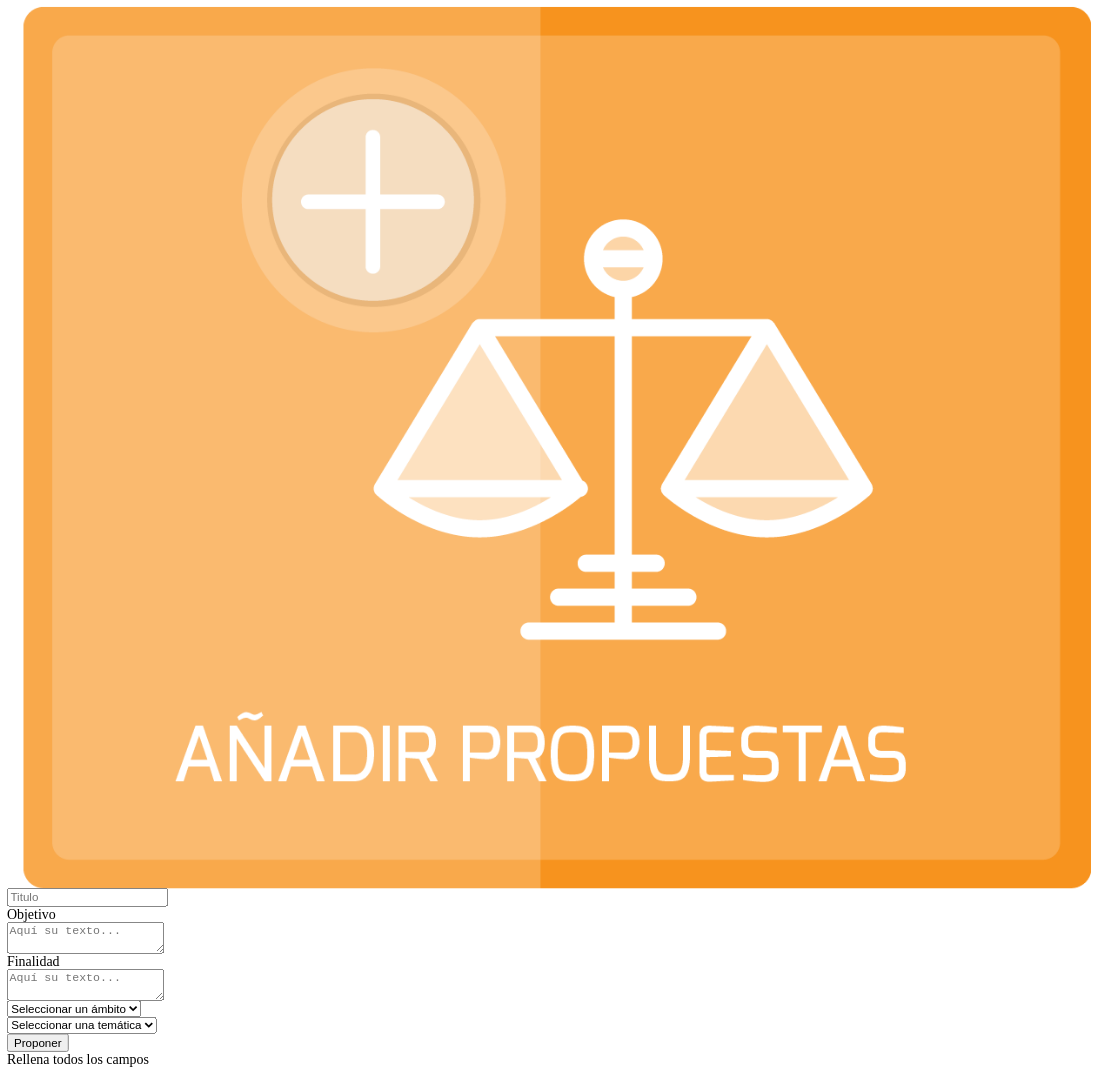
Repository: gamesrol/smartLament
Page: Cliente/partials/addPropuesta.html
The author's editor kept a record of every edit. The page is drawn from the files as they stood at one moment, then again after the next edit.
The browser window is 1280 px wide. The pictures show the whole page, at 87% of full size.

Above is the page before.

After the next edit:
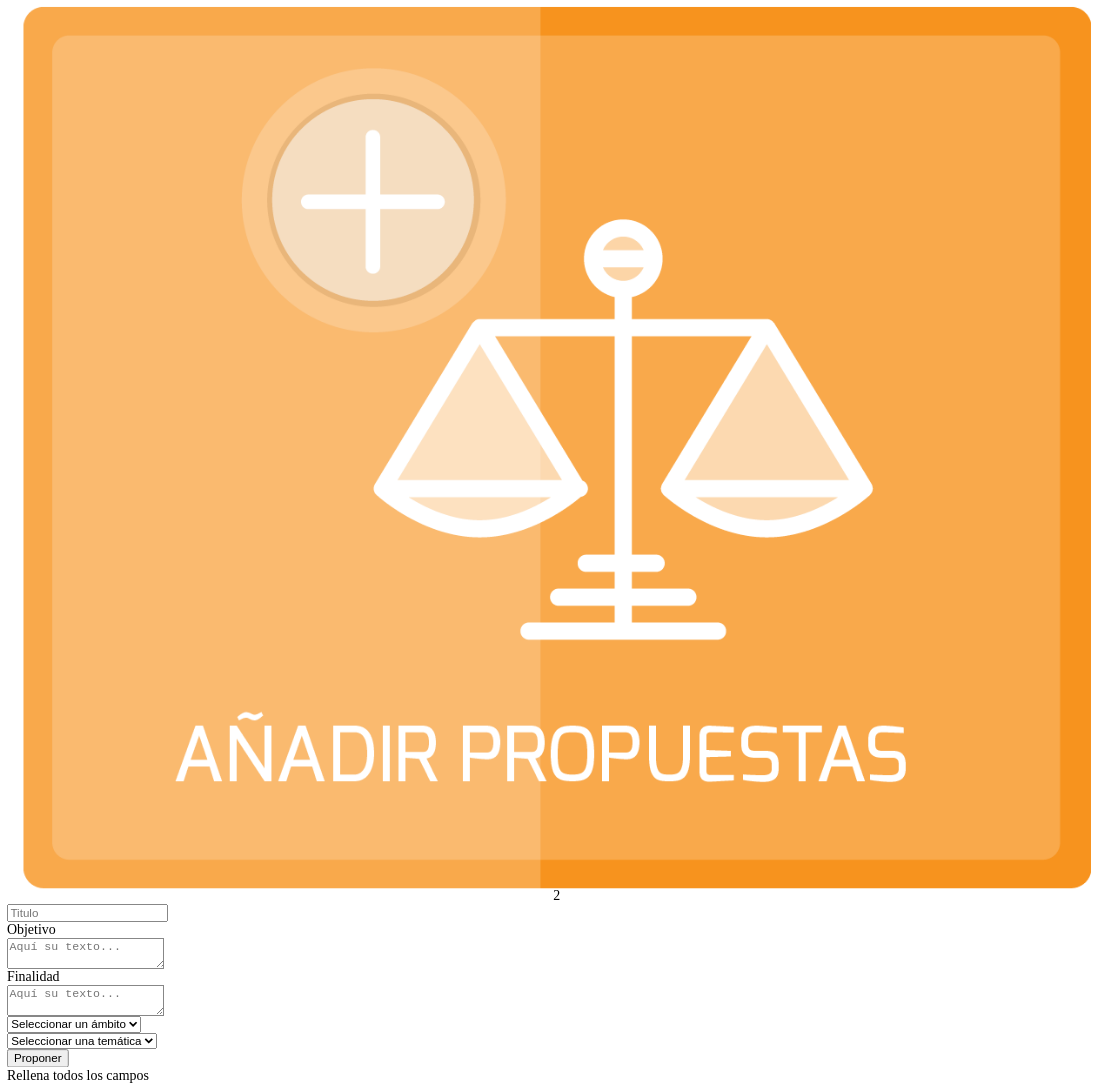
The edit:
--- a/Cliente/partials/addPropuesta.html
+++ b/Cliente/partials/addPropuesta.html
@@ -1,7 +1,7 @@
 <div class="row">
 	<div class="col-lg-12">
 	    <center><a href="#/propuestas"><img class="iconsSocial" src="/img/addpropuesta.png" /></a></center>
-	    <center><span class="glyphicon glyphicon-plus" aria-hidden="true"></span></center>
+	    <center>2<span class="glyphicon glyphicon-plus" aria-hidden="true"></span></center>
         <div class="field">
             <input id="proposal_title" name="proposal[title]" type="text" class="nombreAndir" ng-model="proposal.title" placeholder="Titulo"/>
         </div>
